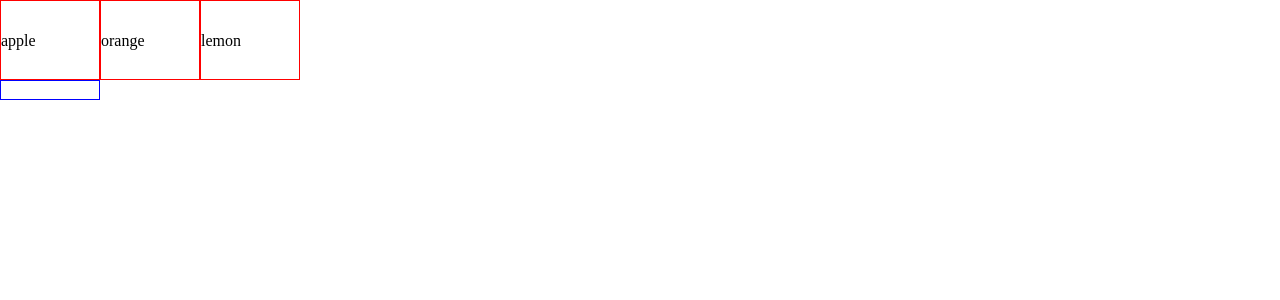
Repository: chenguocan/Vue_demo_1
Page: 基础案例.html
The author's editor kept a copy of each file at every save. The page is drawn from the files as they stood at one save, then again after the next save.
The browser window is 1280 px wide. The pictures show the whole page.

Above is the page before, as saved 2020-07-20 16:23:37.

After the next save:
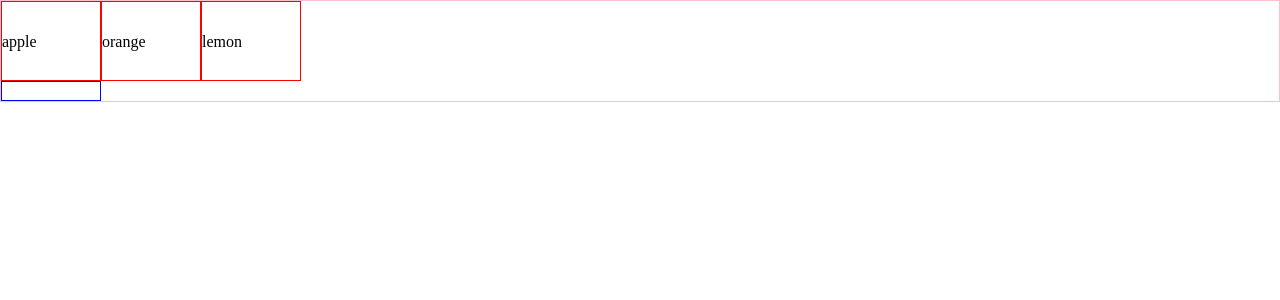
Saved 21 s later.
--- a/基础案例.html
+++ b/基础案例.html
@@ -13,6 +13,7 @@
       .fruits {
         display: flex;
         flex-direction: column;
+        border: 1px solid pink;
       }
       ul {
         display: flex;
